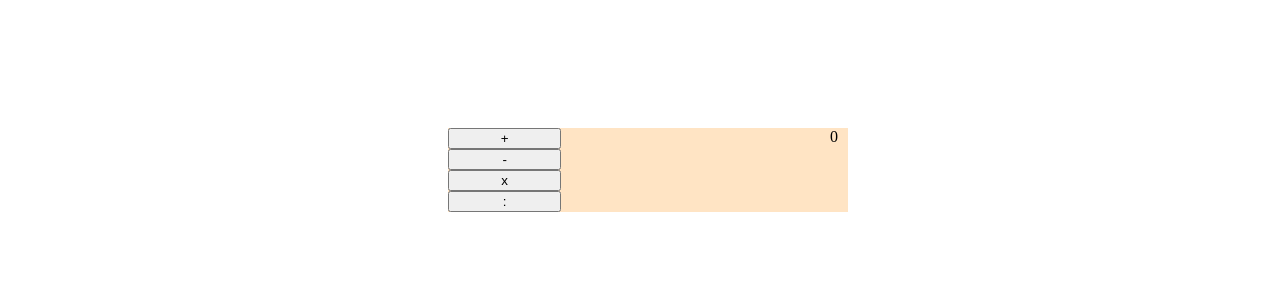
Repository: CryptoFamilyNFT/develhope
Page: css/Grid 2/calculator.html
These files come from the project's save history. The page is drawn as it stood at one moment and after the next save; the edit follows.
The browser window is 1280 px wide. The page is 1288 px wide, so the pictures cover 1288 px, including what lies to the right of the window. The pictures show the whole page.

Above is the page before, as saved 2024-11-15 12:44:20.

After the next save:
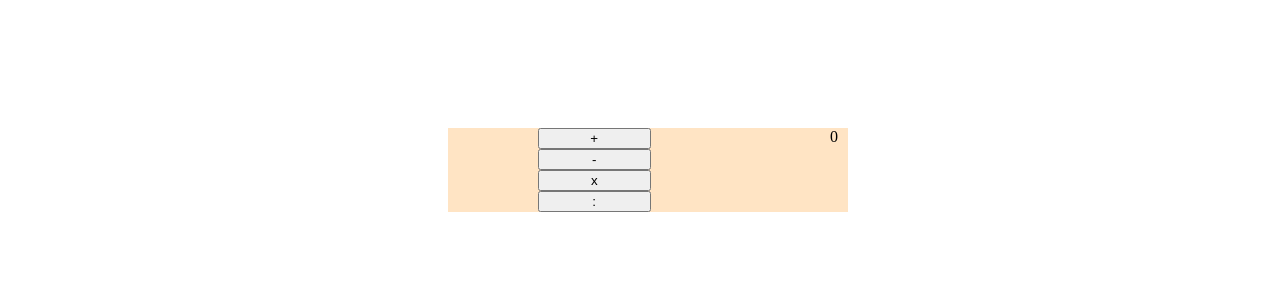
Saved 4 s later.
--- a/css/Grid 2/calculator.css
+++ b/css/Grid 2/calculator.css
@@ -24,5 +24,5 @@ body {
 
 .container > .operator {
     display: grid;
-    grid-area: 1 / 1 / span 4;
+    grid-area: 2 / 2 / span 4;
 }

After the 2 saves that followed:
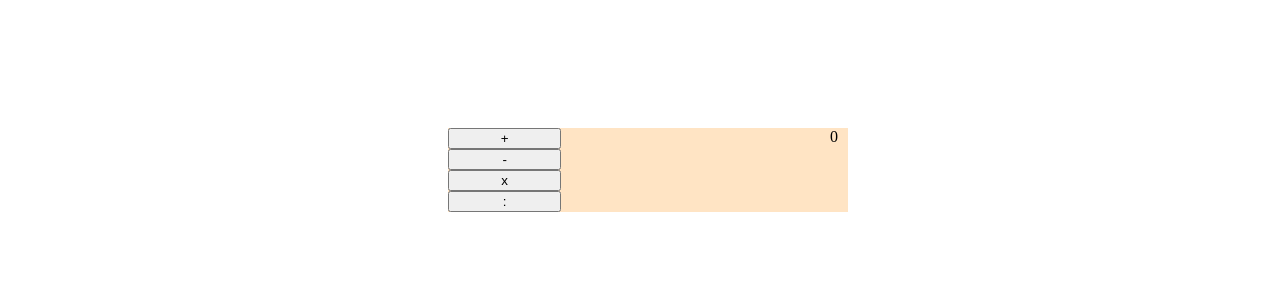
The 2 saves are shown as one change because they came seconds apart.
The last was saved 10 s later.
--- a/css/Grid 2/calculator.css
+++ b/css/Grid 2/calculator.css
@@ -24,5 +24,5 @@ body {
 
 .container > .operator {
     display: grid;
-    grid-area: 2 / 2 / span 4;
+    grid-area: 1 / auto / span 4;
 }
